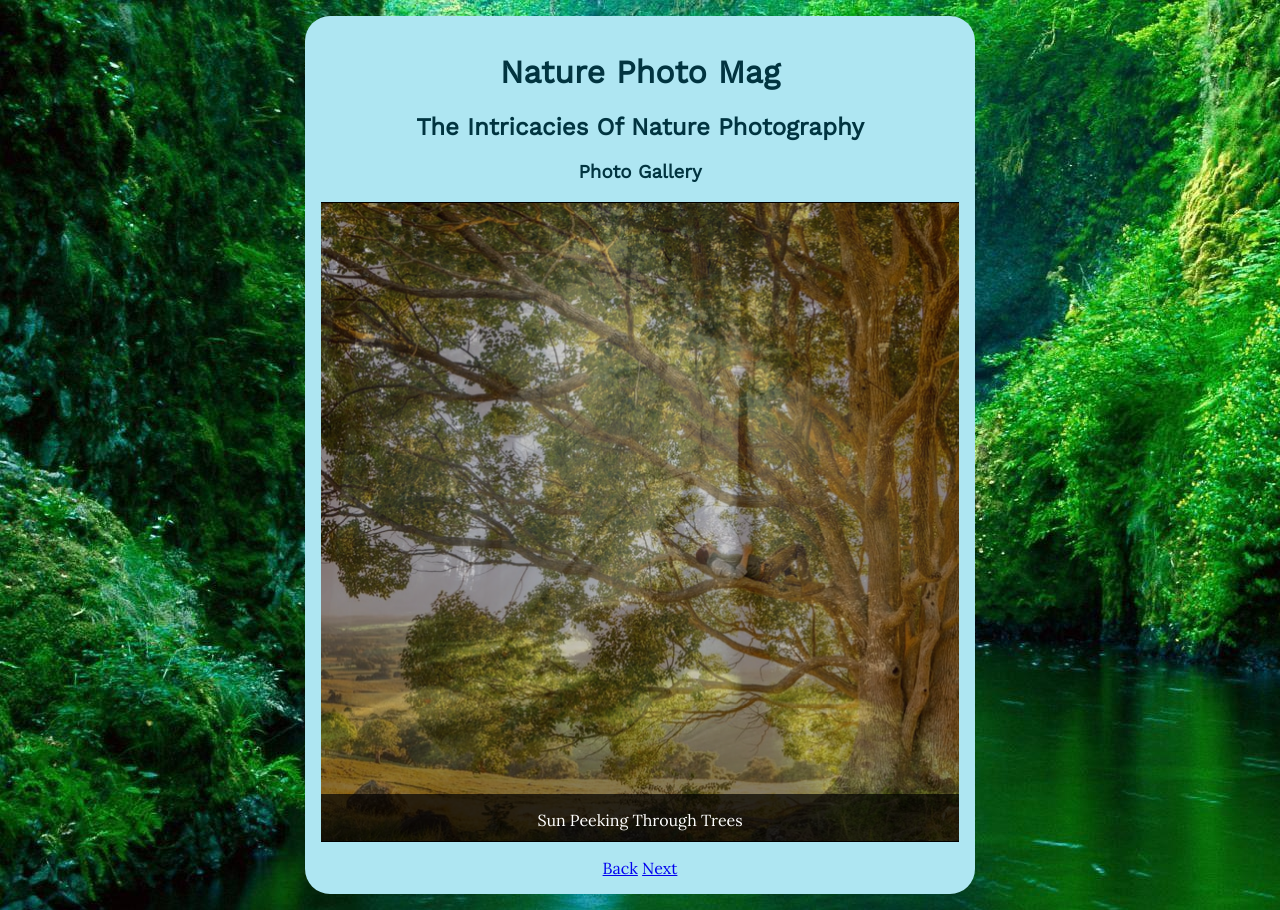
Repository: alexmaddux99/Image-Gallery
Page: index.html
The author's editor kept a copy of each file at every save. The page is drawn from the files as they stood at one save, then again after the next save.
The browser window is 1280 px wide. The pictures show the whole page.
Backgrounds fixed to the window are drawn as part of the page.

Above is the page before, as saved 2022-03-08 16:49:59.
Console error: TypeError: Assignment to constant variable.

After the next save:
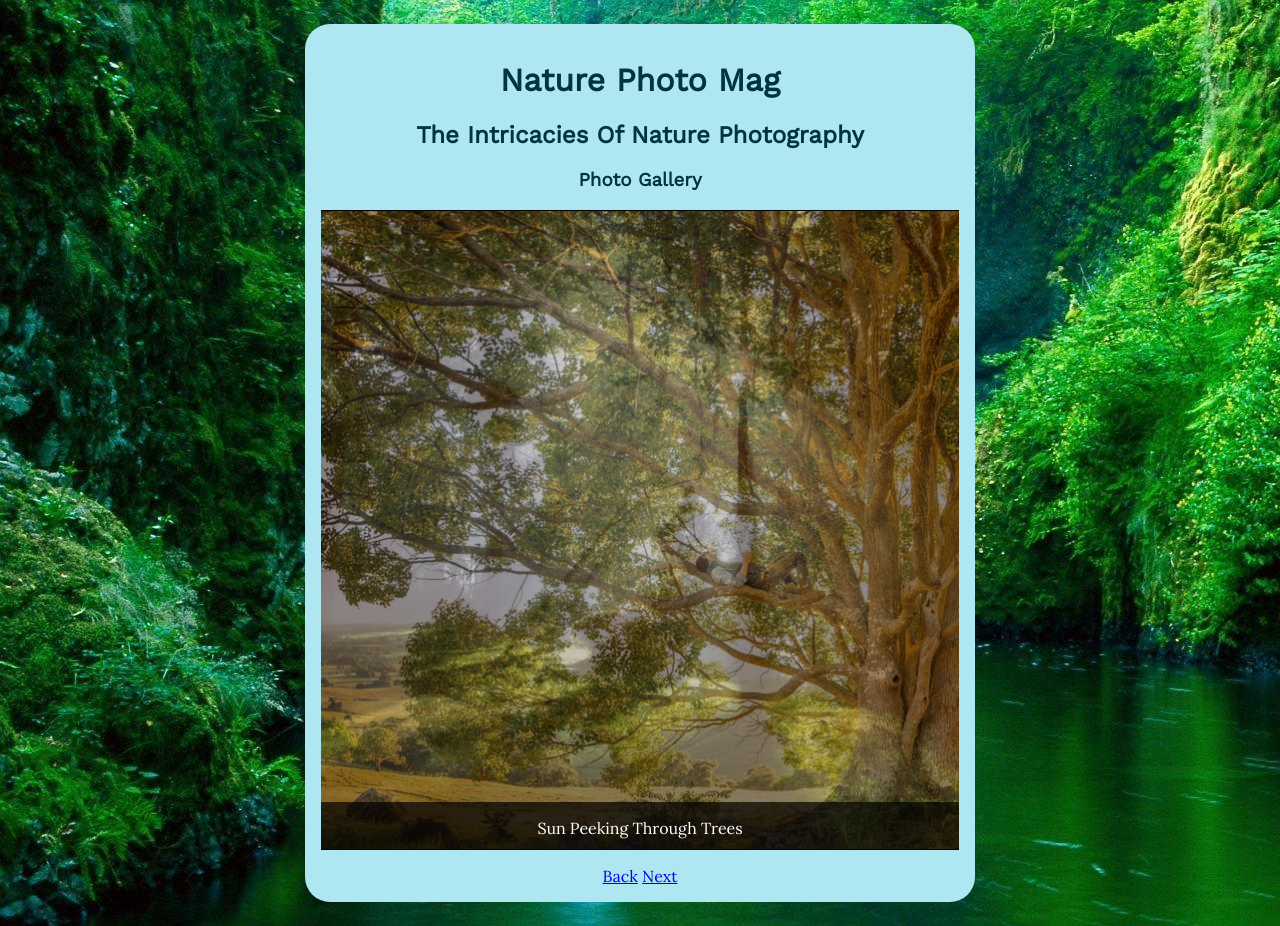
Saved 23 s later.
--- a/css/main.css
+++ b/css/main.css
@@ -7,6 +7,7 @@
 
 
 body {
+  align-content: center;
   color: #013440;
   text-align:center;
   background-image: url(/images/background.jpg);

After the save that followed:
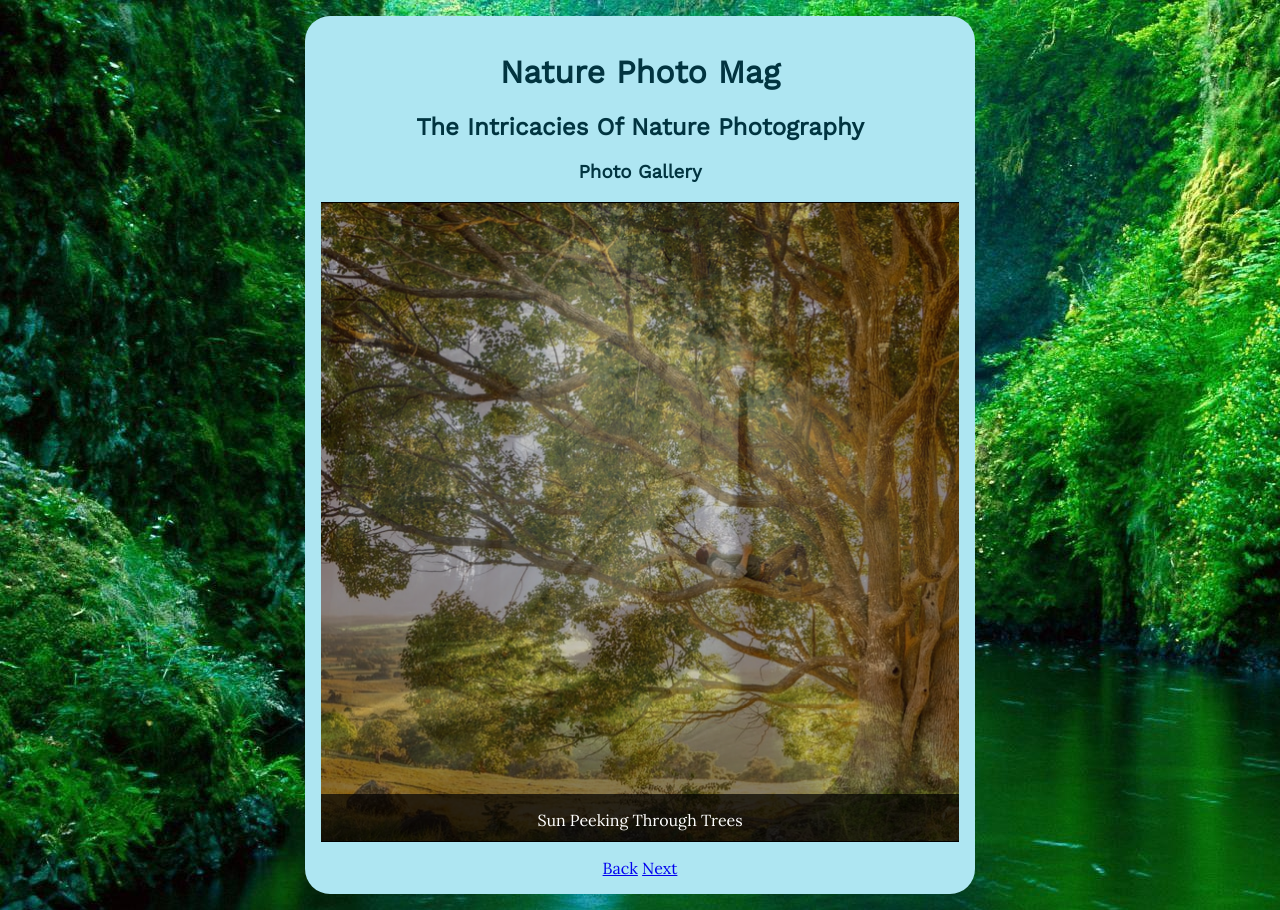
Saved 13 s later.
--- a/css/main.css
+++ b/css/main.css
@@ -7,7 +7,6 @@
 
 
 body {
-  align-content: center;
   color: #013440;
   text-align:center;
   background-image: url(/images/background.jpg);
